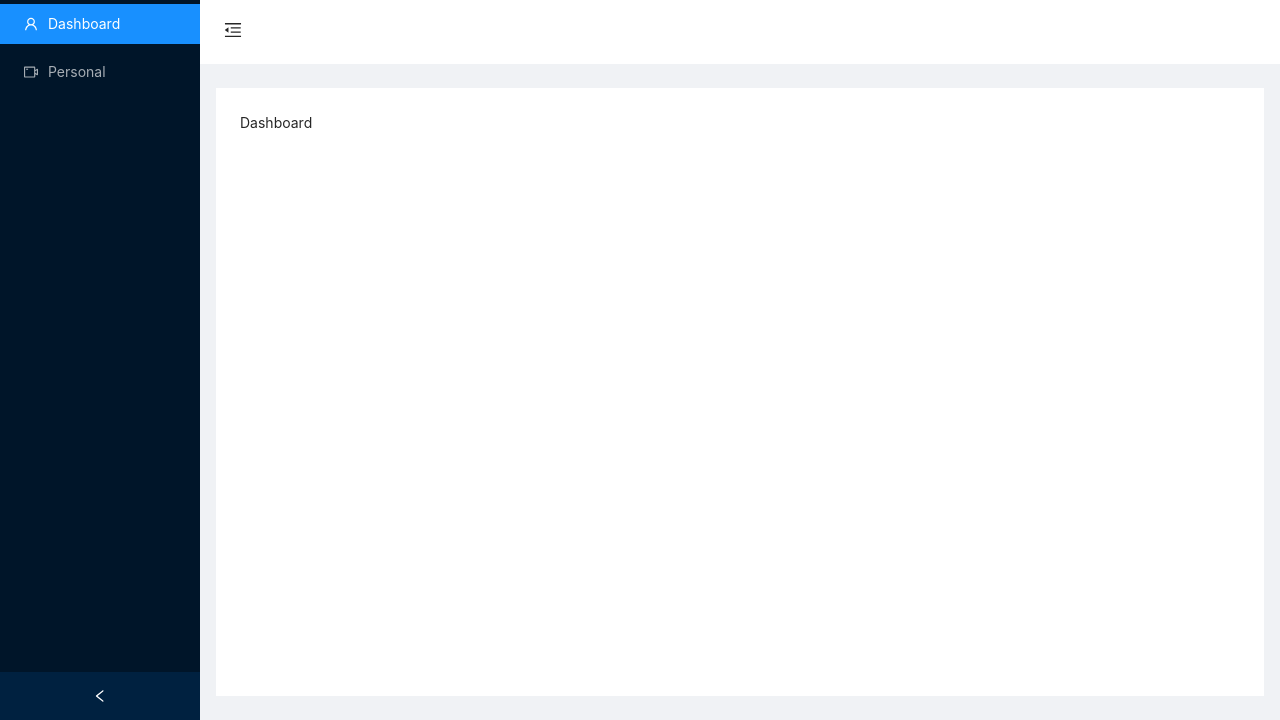
Repository: DallenCat/react-test
Page: /dashboard
The author's editor kept a copy of each file at every save. The page is drawn from the files as they stood at one save, then again after the next save.
The browser window is 1280 px wide. The pictures show the whole page.
The project was rebuilt for these pictures with package versions that can differ from the ones it lists, and the page was loaded fresh each time. A package was used in the major version that the imports need, not the one package.json lists. Also part of the build but not shown: src/containers/personal/index.js.

Above is the page before, as saved 2021-10-27 17:00:57.

### src/index.js
/*
 * @Descripttion:
 * @version:
 * @Author: dal
 * @Date: 2021-10-26 17:14:54
 * @LastEditors: dal
 * @LastEditTime: 2021-10-27 16:56:47
 */
import React from 'react';
import ReactDOM from 'react-dom';
import './index.css';
import App from './App';
import reportWebVitals from './reportWebVitals';

ReactDOM.render(
  <App />,
  document.getElementById('root')
);

// If you want to start measuring performance in your app, pass a function
// to log results (for example: reportWebVitals(console.log))
// or send to an analytics endpoint. Learn more: https://bit.ly/CRA-vitals
reportWebVitals();

### src/App.js

import './App.css';
import Routes from './routes';
import { BrowserRouter as Router, Switch, Route } from 'react-router-dom';
import SiderDemo from "@/components/layout/index.js"
import { Component } from 'react';
class App extends Component {
  render() {
    let LayoutRouter = (props) => {
      return (
        <SiderDemo>
          <Routes />
        </SiderDemo>
      )
    }
    return (
      <Router>
        <Switch>
          <Route path="/" component={LayoutRouter} />
        </Switch>
      </Router>
    )
  }

}
// render(<Router routes={routes} />, document.body)
export default App;

### src/App.css
@import '~antd/dist/antd.css';

.App {
  text-align: center;
}

.App-logo {
  height: 40vmin;
  pointer-events: none;
}

@media (prefers-reduced-motion: no-preference) {
  .App-logo {
    animation: App-logo-spin infinite 20s linear;
  }
}

.App-header {
  background-color: #282c34;
  min-height: 100vh;
  display: flex;
  flex-direction: column;
  align-items: center;
  justify-content: center;
  font-size: calc(10px + 2vmin);
  color: white;
}

.App-link {
  color: #61dafb;
}

@keyframes App-logo-spin {
  from {
    transform: rotate(0deg);
  }

  to {
    transform: rotate(360deg);
  }
}

### src/routes/index.js
/*
 * @Descripttion:
 * @version:
 * @Author: dal
 * @Date: 2021-10-26 17:34:53
 * @LastEditors: dal
 * @LastEditTime: 2021-10-27 15:55:38
 */
import Dashboard from "@/containers/dashboard"
import Personal from "@/containers/personal"
import { Route, Switch, withRouter } from 'react-router-dom';

const routes = () => {
  return (
    <Switch>
      <Route exact path={"/dashboard"} component={Dashboard} />
      <Route exact path={"/personal"} component={Personal} />

    </Switch>
  )
}
export default withRouter(routes)

### src/components/layout/index.js
/*
 * @Descripttion:
 * @version:
 * @Author: dal
 * @Date: 2021-10-27 09:54:26
 * @LastEditors: dal
 * @LastEditTime: 2021-10-27 16:53:47
 */
import React from "react"
import { Layout } from 'antd';
// 首先我们需要导入一些组件...
import "./index.css"
import {
  MenuUnfoldOutlined,
  MenuFoldOutlined
} from '@ant-design/icons';
import Sider from "./sider"
const { Header, Content } = Layout;

class SiderDemo extends React.Component {

  state = {
    collapsed: false,
  };

  toggle = () => {
    this.setState({
      collapsed: !this.state.collapsed,
    });
  };
  // 组件挂载
  componentDidMount() {
    console.log(this.props);
  }
  render() {

    return (
      <Layout id="components-layout-demo-custom-trigger">
        <Sider collapsed={this.state.collapsed}></Sider>
        <Layout className="site-layout">
          <Header className="site-layout-background">
            {React.createElement(this.state.collapsed ? MenuUnfoldOutlined : MenuFoldOutlined, {
              className: 'trigger',
              onClick: this.toggle,
            })}
          </Header>
          <Content
            className="site-layout-background"
            style={{
              margin: '24px 16px',
              padding: 24,
              minHeight: 280,
            }}
          >
            {this.props.children || "Welcome to your Inbox"}
          </Content>
        </Layout>
      </Layout>
    );
  }
}

export default SiderDemo;

### src/containers/dashboard/index.js
/*
 * @Descripttion:
 * @version:
 * @Author: dal
 * @Date: 2021-10-27 11:00:04
 * @LastEditors: dal
 * @LastEditTime: 2021-10-27 11:13:44
 */
import { Component } from "react"

class Dashboard extends Component {
  render() {
    return (
      <div>Dashboard</div>
    )
  }
}
export default Dashboard

### src/components/layout/index.css
.ant-layout {
  height: 100vh;
}

.ant-layout-header {
  text-align: left;
  padding: 0;
}

#components-layout-demo-custom-trigger .trigger {
  padding: 0 24px;
  font-size: 18px;
  line-height: 64px;
  cursor: pointer;
  transition: color 0.3s;
}

#components-layout-demo-custom-trigger .trigger:hover {
  color: #1890ff;
}

#components-layout-demo-custom-trigger .logo {
  height: 32px;
  margin: 16px;
  background: rgba(255, 255, 255, 0.3);
}

.site-layout .site-layout-background {
  background: #fff;
}

### src/components/layout/sider/index.js
/*
 * @Descripttion:
 * @version:
 * @Author: dal
 * @Date: 2021-10-27 16:13:09
 * @LastEditors: dal
 * @LastEditTime: 2021-10-27 16:26:22
 */
import { Layout } from 'antd';
import { Component } from 'react';
import Menu from "./menu"
const { Sider } = Layout;
class SIDER extends Component {
  constructor(props) {
    super(props)
  }
  render() {
    let { collapsed } = this.props
    return (
      <Sider collapsible collapsed={collapsed}>
        <Menu></Menu>
      </Sider>
    )
  }
}
export default SIDER

### src/components/layout/sider/menu.js
/*
 * @Descripttion:
 * @version:
 * @Author: dal
 * @Date: 2021-10-27 16:12:40
 * @LastEditors: dal
 * @LastEditTime: 2021-10-27 16:59:51
 */
import { Menu } from "antd"
import { Component } from "react";
import { Link } from "react-router-dom"
import {
  UserOutlined,
  VideoCameraOutlined
} from '@ant-design/icons';
class MENU extends Component {
  constructor(props) {
    super(props)
  }
  state = {
    selectedKeys: ['1']
  }
  render(h) {
    return (
      <Menu theme="dark" mode="inline" defaultSelectedKeys={this.state.selectedKeys}>
        <Menu.Item key="1" icon={<UserOutlined />}>
          <Link to="dashboard">Dashboard </Link>
        </Menu.Item>
        <Menu.Item key="2" icon={<VideoCameraOutlined />}>
          <Link to="personal">Personal </Link>
        </Menu.Item>
      </Menu>

    )
  }
}
export default MENU

### src/components/layout/sider/logo.js
/*
 * @Descripttion:
 * @version:
 * @Author: dal
 * @Date: 2021-10-27 17:00:57
 * @LastEditors: dal
 * @LastEditTime: 2021-10-27 17:00:57
 */

Loaded but not shown: public/index.html (common file); src/index.css (common file); src/reportWebVitals.js (common file)

After the next save:
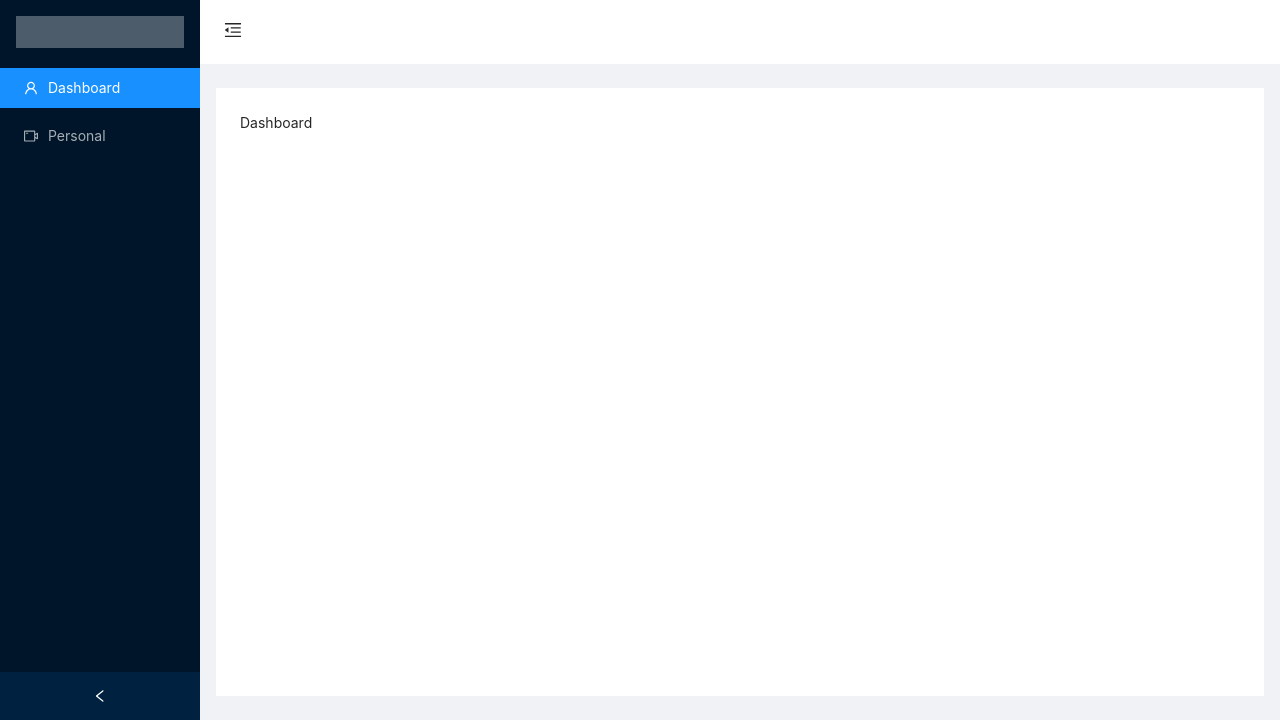
Saved 30 min 35 s later.
--- a/src/components/layout/sider/index.js
+++ b/src/components/layout/sider/index.js
@@ -4,11 +4,12 @@
  * @Author: dal
  * @Date: 2021-10-27 16:13:09
  * @LastEditors: dal
- * @LastEditTime: 2021-10-27 16:26:22
+ * @LastEditTime: 2021-10-27 17:31:32
  */
 import { Layout } from 'antd';
 import { Component } from 'react';
 import Menu from "./menu"
+import Logo from "./logo"
 const { Sider } = Layout;
 class SIDER extends Component {
   constructor(props) {
@@ -18,6 +19,7 @@ class SIDER extends Component {
     let { collapsed } = this.props
     return (
       <Sider collapsible collapsed={collapsed}>
+        <Logo></Logo>
         <Menu></Menu>
       </Sider>
     )
--- a/src/components/layout/sider/logo.js
+++ b/src/components/layout/sider/logo.js
@@ -1,8 +1,18 @@
 /*
- * @Descripttion:
+ * @Descripttion: 侧边栏logo组件
  * @version:
  * @Author: dal
  * @Date: 2021-10-27 17:00:57
  * @LastEditors: dal
  * @LastEditTime: 2021-10-27 17:00:57
  */
+import { Component } from "react";
+
+class LOGO extends Component {
+  render(h) {
+    return (
+      <div className="logo"></div>
+    )
+  }
+}
+export default LOGO
